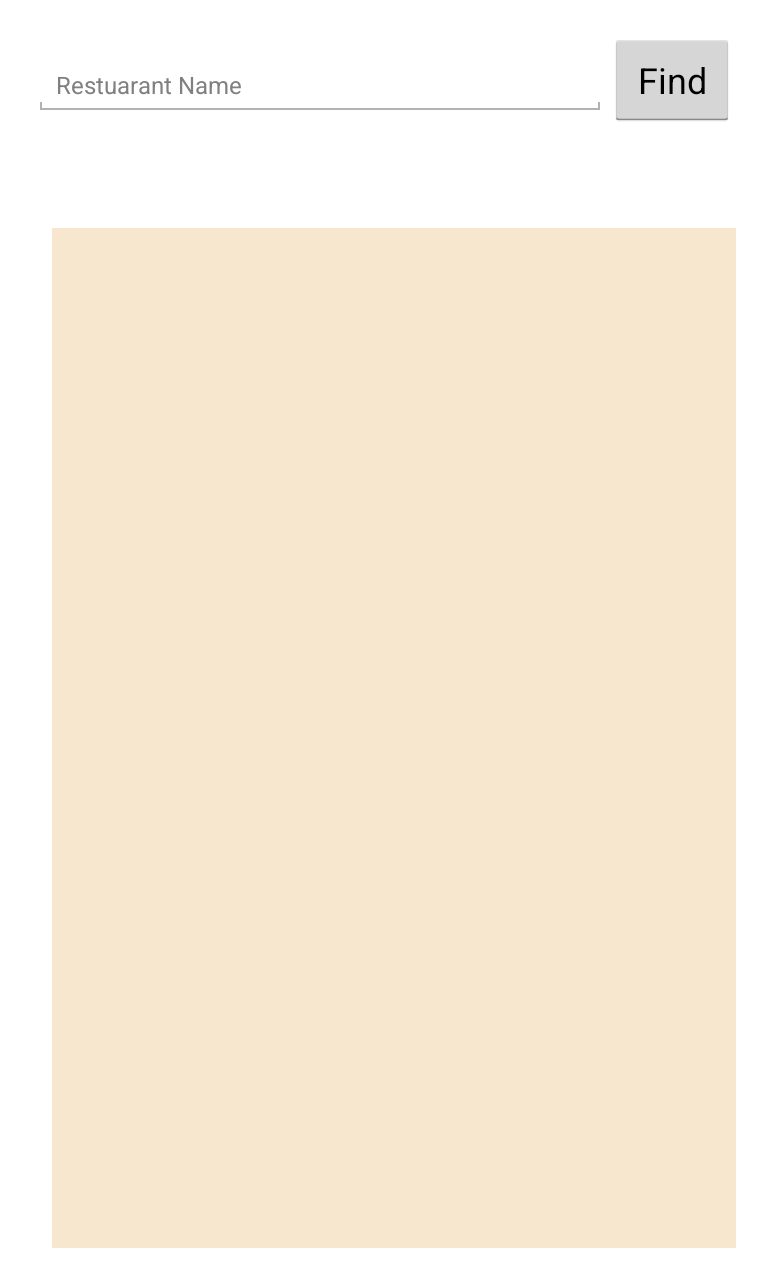
Repository: marymotlagh/Yelp-RBC
Layout: FoodNearYou/res/layout/activity_search.xml
The author's editor kept a copy of each file at every save. The layout is drawn from the files as they stood at one save, then again after the next save.
It is drawn on a 768 x 1280 px phone screen (xhdpi) without system bars, with theme AppTheme; the app's code is not run. Lists and similar views that code fills are empty.

Above is the layout before, as saved 2016-08-22 21:05:34.

After the next save:
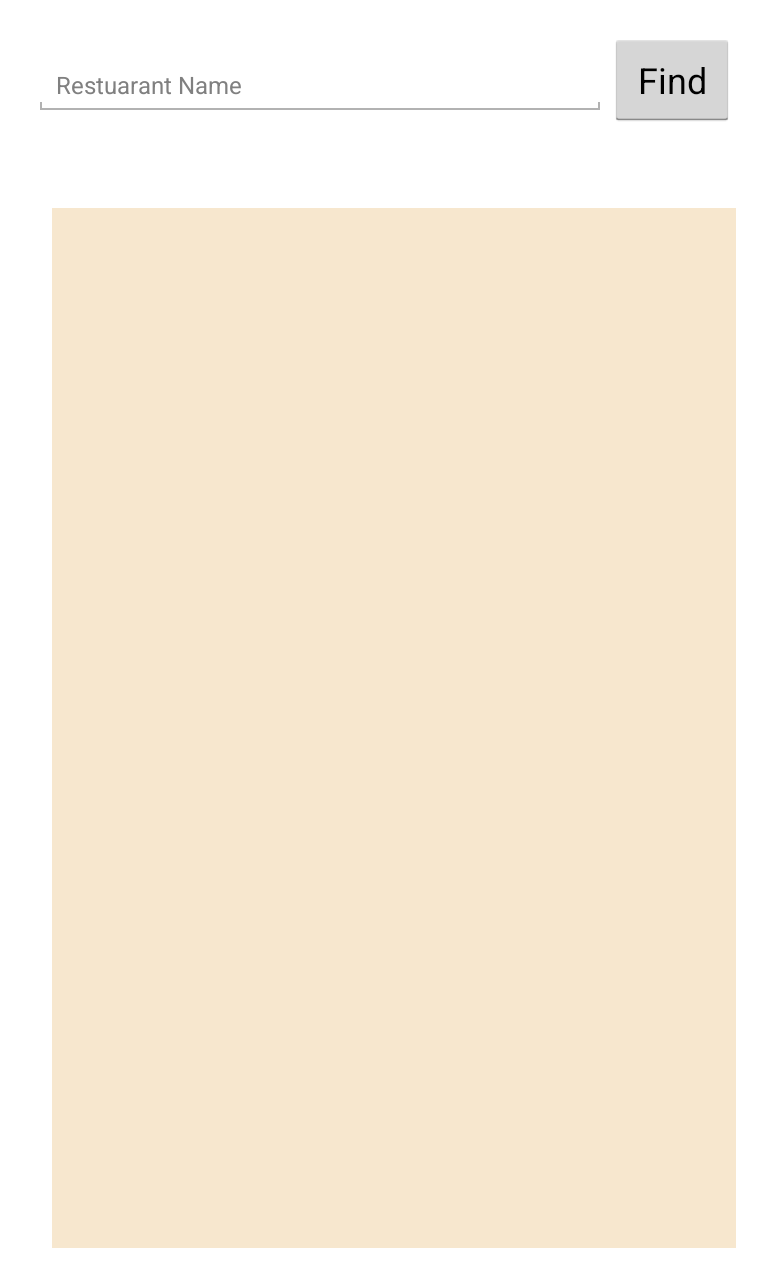
Saved 43 s later.
--- a/FoodNearYou/res/layout/activity_search.xml
+++ b/FoodNearYou/res/layout/activity_search.xml
@@ -38,7 +38,7 @@
         android:layout_alignLeft="@+id/linearLayout1"
         android:layout_below="@+id/linearLayout1"
         android:layout_marginLeft="10dp"
-        android:layout_marginTop="50dp"
+        android:layout_marginTop="40dp"
         android:verticalSpacing="10dp"
         android:horizontalSpacing="10dp"
         android:numColumns="auto_fit"
